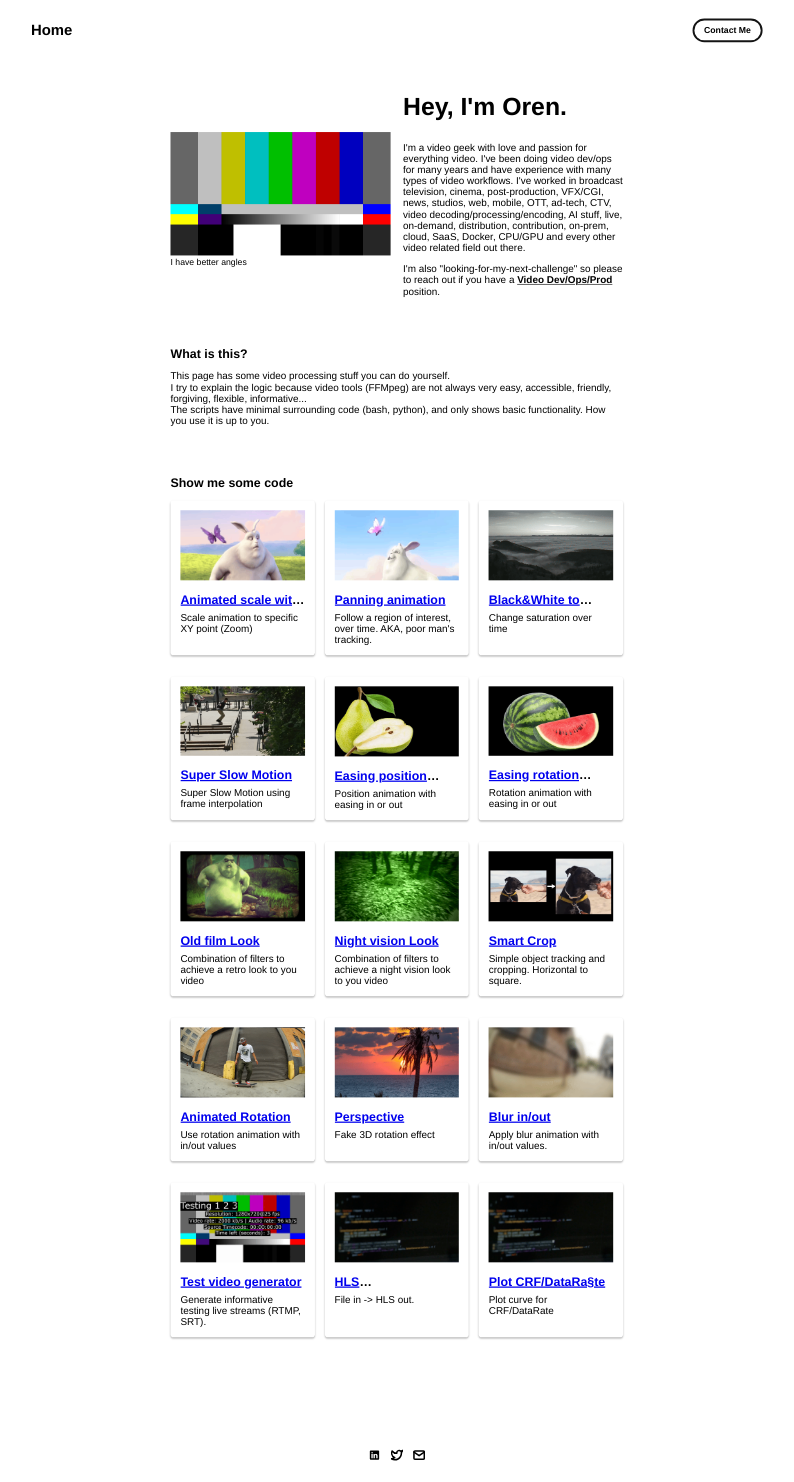
Repository: OrenShalmy/orenshalmy.github.io
Page: index.html
These files come from the project's save history. The page is drawn as it stood at one moment and after the next save; the edit follows.
The browser window is 1280 px wide. The pictures show the whole page, at 62% of full size.

Above is the page before, as saved 2024-09-30 23:05:56.

After the next save:
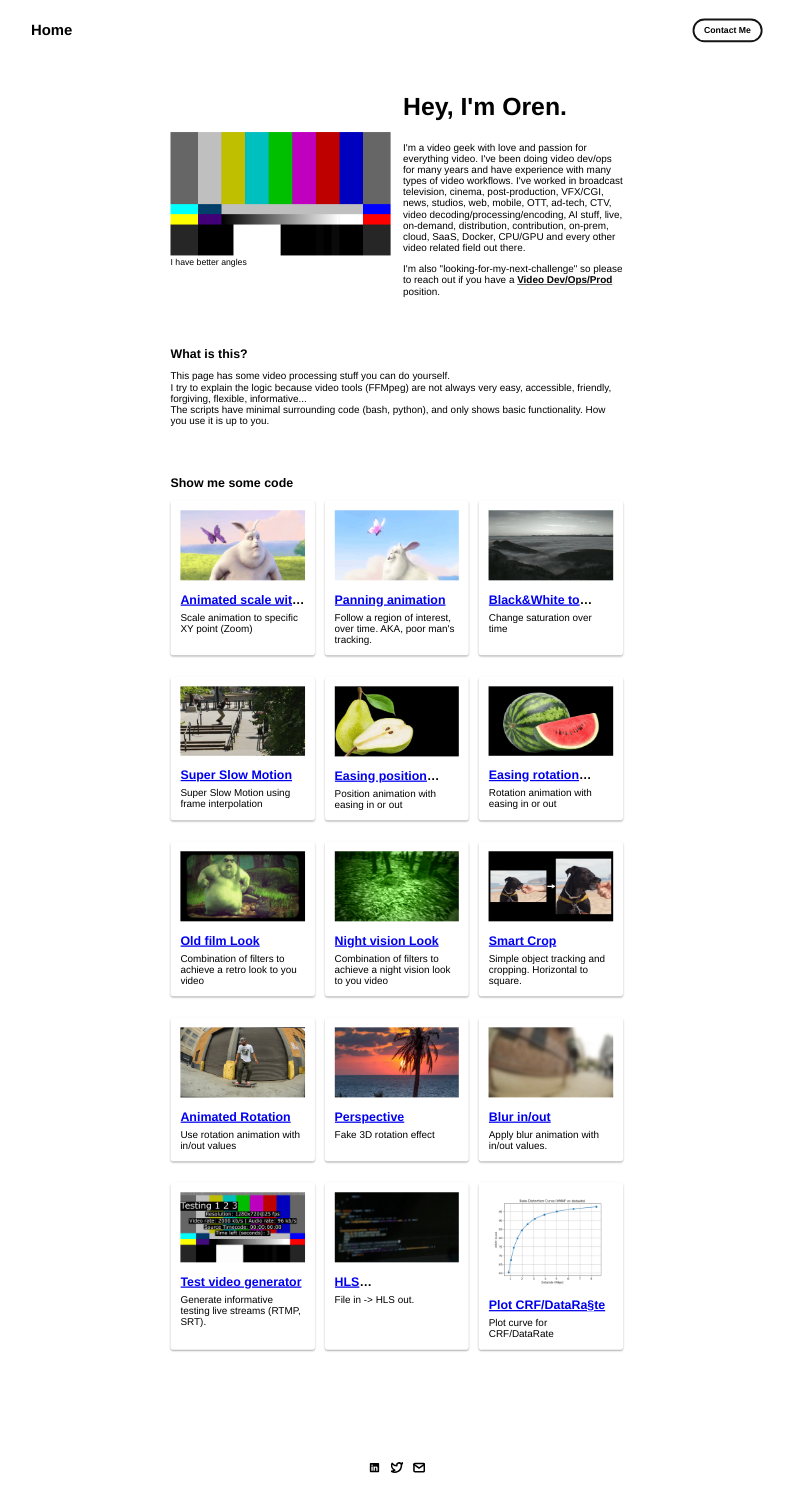
Saved 43 s later.
--- a/index.html
+++ b/index.html
@@ -253,10 +253,10 @@
           </div>
 
           <div class="project-card">
-            <img src="assets/media/hls.gif" />
-            <div class="project-card-text-container">
-              <div class="subheader-text project-title">
-                <a href="project-pages/hls.html">Plot CRF/DataRa§te</a>
+            <img src="assets/media/rd_curve.png" />
+            <div class="project-card-text-container">
+              <div class="subheader-text project-title">
+                <a href="project-pages/calcplotVMAF.html">Plot CRF/DataRa§te</a>
               </div>
               <div class="body-text project-card-text">Plot curve for CRF/DataRate</div>
             </div>
